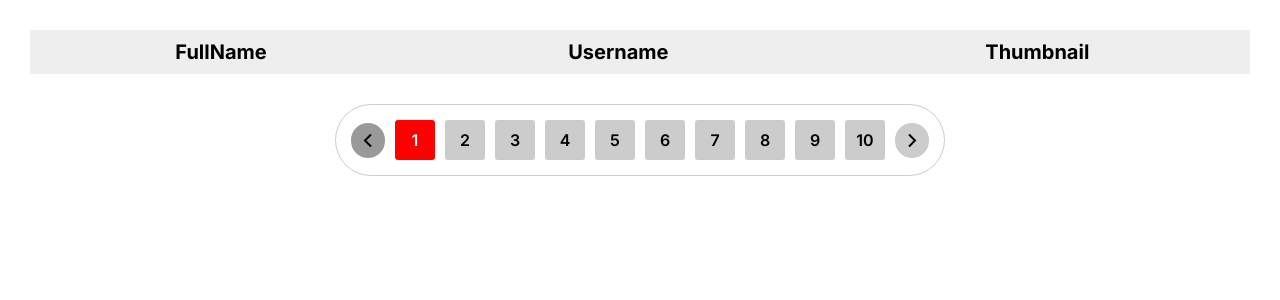
Repository: hoang0508/Test-FrontendReactJs-Twendee
Page: /
The author's editor kept a copy of each file at every save. The page is drawn from the files as they stood at one save, then again after the next save.
The browser window is 1280 px wide. The pictures show the whole page.
The page's requests for data from a server got no answer. The project was rebuilt for these pictures with package versions that can differ from the ones it lists, and the page was loaded fresh each time. No one was signed in, and anything a server would have sent is missing.

Above is the page before, as saved 2023-02-06 22:46:32.

### src/index.tsx
import React from "react";
import ReactDOM from "react-dom/client";
import "./index.scss";
import App from "./App";
import reportWebVitals from "./reportWebVitals";
import { Provider } from "react-redux";
import store from "./redux/store";

const root = ReactDOM.createRoot(
  document.getElementById("root") as HTMLElement
);
root.render(
  <React.StrictMode>
    <Provider store={store}>
      <App />
    </Provider>
  </React.StrictMode>
);

// If you want to start measuring performance in your app, pass a function
// to log results (for example: reportWebVitals(console.log))
// or send to an analytics endpoint. Learn more: https://bit.ly/CRA-vitals
reportWebVitals();

### src/index.scss
@import url("https://fonts.googleapis.com/css2?family=Inter:wght@300;400;500;600;700&display=swap");
*,
*:before,
*:after {
  box-sizing: border-box;
}
* {
  margin: 0;
  padding: 0;
  font: inherit;
}
img,
picture,
svg,
video {
  display: block;
  max-width: 100%;
}
body {
  font-family: "Inter", sans-serif;
}

.loading {
  height: 100vh;
  display: flex;
  justify-content: center;
  align-items: center;
  margin: 0 auto;
  flex-direction: column;
}

.lds-ellipsis {
  position: relative;
  width: 100px;
  display: flex;
  justify-content: center;
  align-items: center;
  margin: 0 auto;
  flex-direction: column;
}
.lds-ellipsis div {
  position: absolute;
  top: 33px;
  width: 15px;
  height: 15px;
  border-radius: 50%;
  background: #eb3349; /* fallback for old browsers */
  background: -webkit-linear-gradient(
    to right,
    #f45c43,
    #eb3349
  ); /* Chrome 10-25, Safari 5.1-6 */
  background: linear-gradient(
    to right,
    #f45c43,
    #eb3349
  ); /* W3C, IE 10+/ Edge, Firefox 16+, Chrome 26+, Opera 12+, Safari 7+ */

  animation-timing-function: cubic-bezier(0, 1, 1, 0);
}
.lds-ellipsis div:nth-child(1) {
  left: 8px;
  animation: lds-ellipsis1 0.6s infinite;
}
.lds-ellipsis div:nth-child(2) {
  left: 8px;
  animation: lds-ellipsis2 0.6s infinite;
}
.lds-ellipsis div:nth-child(3) {
  left: 32px;
  animation: lds-ellipsis2 0.6s infinite;
}
.lds-ellipsis div:nth-child(4) {
  left: 56px;
  animation: lds-ellipsis3 0.6s infinite;
}
@keyframes lds-ellipsis1 {
  0% {
    transform: scale(0);
  }
  100% {
    transform: scale(1);
  }
}
@keyframes lds-ellipsis3 {
  0% {
    transform: scale(1);
  }
  100% {
    transform: scale(0);
  }
}
@keyframes lds-ellipsis2 {
  0% {
    transform: translate(0, 0);
  }
  100% {
    transform: translate(24px, 0);
  }
}

### src/App.tsx
import UserTable from "./components/UserTable";
import { useSelector } from "react-redux";
function App() {
  const { isLoading } = useSelector((state: any) => state.users);
  return (
    <div className={isLoading ? "loading" : ""}>
      <UserTable />
    </div>
  );
}

export default App;

### src/redux/store.tsx
import { configureStore, combineReducers } from "@reduxjs/toolkit";
import usersSlice from "./usersSlice";

const reducer = combineReducers({
  users: usersSlice,
});

const store = configureStore({
  reducer: reducer,
  middleware: (getDefaultMiddleware) =>
    getDefaultMiddleware({
      serializableCheck: false,
    }).concat(),
});

export type RootState = ReturnType<typeof store.getState>;

export type AppDispatch = typeof store.dispatch;

export default store;

### src/components/UserTable.tsx
import React, { useEffect } from "react";
import { useDispatch, useSelector } from "react-redux";
import { fetchDataUser, setCurrentPage } from "../redux/usersSlice";
import { ItemData } from "../utils/type";
import Pagination from "./Pagination";
import { v4 } from "uuid";
import "./UserTable.scss";
import { TotalUser } from "../utils/enum";

const UserTable = () => {
  const usersPerPage = TotalUser.USER_PERPAGE;
  // dispatch redux
  const dispatch = useDispatch();
  const { users, currentPage, isLoading } = useSelector(
    (state: any) => state.users
  );

  console.log(isLoading);

  useEffect(() => {
    dispatch(
      fetchDataUser({
        currentPage,
        numberPerPage: usersPerPage,
      })
    );
  }, [currentPage, dispatch, usersPerPage]);

  // Change page
  const handlePaginate = (pageNumber: number) =>
    dispatch(setCurrentPage(pageNumber));

  // Get current users
  const currentUsers = users?.results;

  return (
    <>
      {isLoading ? (
        <div className="lds-ellipsis">
          <div></div>
          <div></div>
          <div></div>
        </div>
      ) : (
        <div className="userTable">
          <table className="userTable-table">
            <thead>
              <tr>
                <th>FullName</th>
                <th>Username</th>
                <th>Thumbnail</th>
              </tr>
            </thead>
            <tbody>
              {currentUsers &&
                currentUsers.length > 0 &&
                currentUsers.map((user: ItemData) => (
                  <tr key={v4()}>
                    <td>
                      <span>{user?.name?.title}</span>
                      <span>{user?.name?.first}</span>
                      <span>{user?.name?.last}</span>
                    </td>
                    <td>{user?.login?.username}</td>
                    <td>
                      <div className="image-user">
                        <img src={user?.picture?.thumbnail} alt="" />
                      </div>
                    </td>
                  </tr>
                ))}
            </tbody>
          </table>
          <Pagination
            usersPerPage={usersPerPage}
            handlePaginate={handlePaginate}
          />
        </div>
      )}
    </>
  );
};

export default UserTable;

### src/redux/usersSlice.tsx
import { createAsyncThunk, createSlice } from "@reduxjs/toolkit";
import axios from "../api/apiConfig";

interface IData {
  currentPage: number;
  numberPerPage: number;
}

// Fectch Data Users
export const fetchDataUser: any = createAsyncThunk(
  "users/fetchUsers",
  async (data: IData, thunkAPI) => {
    const res = await axios.get(
      `?page=${data?.currentPage}&results=${data?.numberPerPage}`
    );
    return res;
  }
);

const userSlice = createSlice({
  name: "user",
  initialState: {
    users: [],
    isLoadind: false,
    currentPage: 1,
  },
  reducers: {
    setCurrentPage: (state, action) => ({
      ...state,
      currentPage: action.payload,
    }),
  },
  extraReducers: (builder) => {
    builder.addCase(fetchDataUser.pending, (state: any) => {
      // Bật trạng thái loading
      state.isLoading = true;
    });
    // Add reducers for additional action types here, and handle loading state as needed
    builder.addCase(fetchDataUser.fulfilled, (state: any, action) => {
      // Add user to the state array
      state.users = action.payload;
      state.isLoading = false;
    });
    builder.addCase(fetchDataUser.rejected, (state: any, action) => {
      // Tắt trạng thái loading, lưu thông báo lỗi vào store
      state.isLoading = false;
    });
  },
});

export const { setCurrentPage } = userSlice.actions;
export default userSlice.reducer;

### src/components/Pagination.tsx
import { useSelector, useDispatch } from "react-redux";
import { RootState } from "../redux/store";
import { TotalUser } from "../utils/enum";
import { GrFormPrevious, GrFormNext } from "react-icons/gr";
import { setCurrentPage } from "../redux/usersSlice";

interface PropsPagination {
  usersPerPage: number;
  handlePaginate: (itemNunber: number) => void;
}

const Pagination = ({ usersPerPage, handlePaginate }: PropsPagination) => {
  const dispatch = useDispatch();
  const pageNumbers = [];
  for (let i = 1; i <= Math.ceil(TotalUser.TOTAL_USER / usersPerPage); i++) {
    pageNumbers.push(i);
  }
  const { currentPage } = useSelector((state: RootState) => state.users);
  const handlePrev = () => {
    if (currentPage > 1) dispatch(setCurrentPage(currentPage - 1));
  };

  const handleNext = () => {
    if (currentPage < TotalUser.USER_PERPAGE)
      dispatch(setCurrentPage(currentPage + 1));
  };

  return (
    <nav>
      <ul className="pagination">
        <button
          className="pagination-prev"
          disabled={currentPage <= 1}
          onClick={() => handlePrev()}
        >
          <GrFormPrevious />
        </button>
        {pageNumbers.map((itemNumber: number) => (
          <li
            key={itemNumber}
            className={`page-item ${
              currentPage === itemNumber ? "active-page" : ""
            }`}
          >
            <button
              onClick={() => handlePaginate(itemNumber)}
              className="page-link"
            >
              {itemNumber}
            </button>
          </li>
        ))}
        <button
          className="pagination-next"
          onClick={() => handleNext()}
          disabled={currentPage >= TotalUser.USER_PERPAGE}
        >
          <GrFormNext />
        </button>
      </ul>
    </nav>
  );
};

export default Pagination;

### src/components/UserTable.scss
.userTable {
  margin: 30px;
  &-table {
    border-collapse: collapse;
    width: 100%;
    font-family: "Inter", sans-serif;
  }

  thead {
    background-color: #eee;
    th {
      padding: 10px;
      font-size: 20px;
      font-weight: 700;
    }
  }

  td {
    border: 1px solid #dddddd;
    text-align: center;
    padding: 10px;
    .image-user {
      width: 80px;
      height: 80;
      margin: 0 auto;
      img {
        width: 100%;
        height: 100%;
        object-fit: cover;
        border: 3px solid #fff;
        border-radius: 100rem;
      }
    }
  }

  tr:nth-child(even) {
    background-color: #dddddd;
    font-weight: 600;
  }
}

.pagination {
  display: flex;
  justify-content: center;
  align-items: center;
  gap: 0 10px;
  margin-top: 30px;
  list-style: none;
  border: 1px solid #ccc;
  border-radius: 100rem;
  padding: 15px;
  width: 50%;
  margin: 30px auto 0;
  li.active-page {
    .page-link {
      background-color: red;
      color: #fff;
    }
  }
  &-next {
    font-size: 25px;
    cursor: pointer;
    background-color: #ccc;
    border-radius: 100rem;
    padding: 5px;
    border: 0;
    &:disabled {
      background-color: #999999;
    }
  }
  &-prev {
    font-size: 25px;
    cursor: pointer;
    background-color: #ccc;
    border-radius: 100rem;
    padding: 5px;
    border: 0;
    &:disabled {
      background-color: #999999;
    }
  }
  button.page-link {
    width: 40px;
    height: 40px;
    cursor: pointer;
    border: 0;
    background-color: #ccc;
    border-radius: 3px;
    padding: 5px 10px;
    font-weight: 600;
  }
}

### src/utils/enum.ts
export enum TotalUser {
  TOTAL_USER = 100,
  USER_PERPAGE = 10,
}

### src/api/apiConfig.ts
import axios from "axios";
import NProgress from "nprogress";
const instance = axios.create({
  baseURL: "https://randomuser.me/api/",
});

// Add a request interceptor
instance.interceptors.request.use(
  function (config) {
    NProgress.start();
    // Do something before request is sent
    return config;
  },
  function (error) {
    // Do something with request error
    return Promise.reject(error);
  }
);

// Add a response interceptor
instance.interceptors.response.use(
  function (response) {
    NProgress.done();

    return response && response?.data ? response?.data : response;
  },
  function (error) {
    // Any status codes that falls outside the range of 2xx cause this function to trigger
    // Do something with response error
    return error && error?.message ? error?.message : Promise.reject(error);
  }
);

export default instance;

Loaded but not shown: public/index.html (common file); src/reportWebVitals.ts (common file)

After the next save:
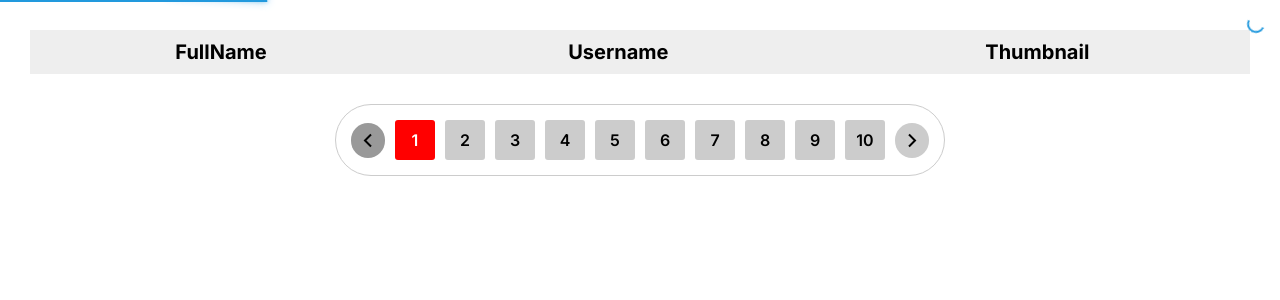
Saved 36 s later.
--- a/src/index.tsx
+++ b/src/index.tsx
@@ -5,6 +5,7 @@ import App from "./App";
 import reportWebVitals from "./reportWebVitals";
 import { Provider } from "react-redux";
 import store from "./redux/store";
+import "nprogress/nprogress.css";
 
 const root = ReactDOM.createRoot(
   document.getElementById("root") as HTMLElement
